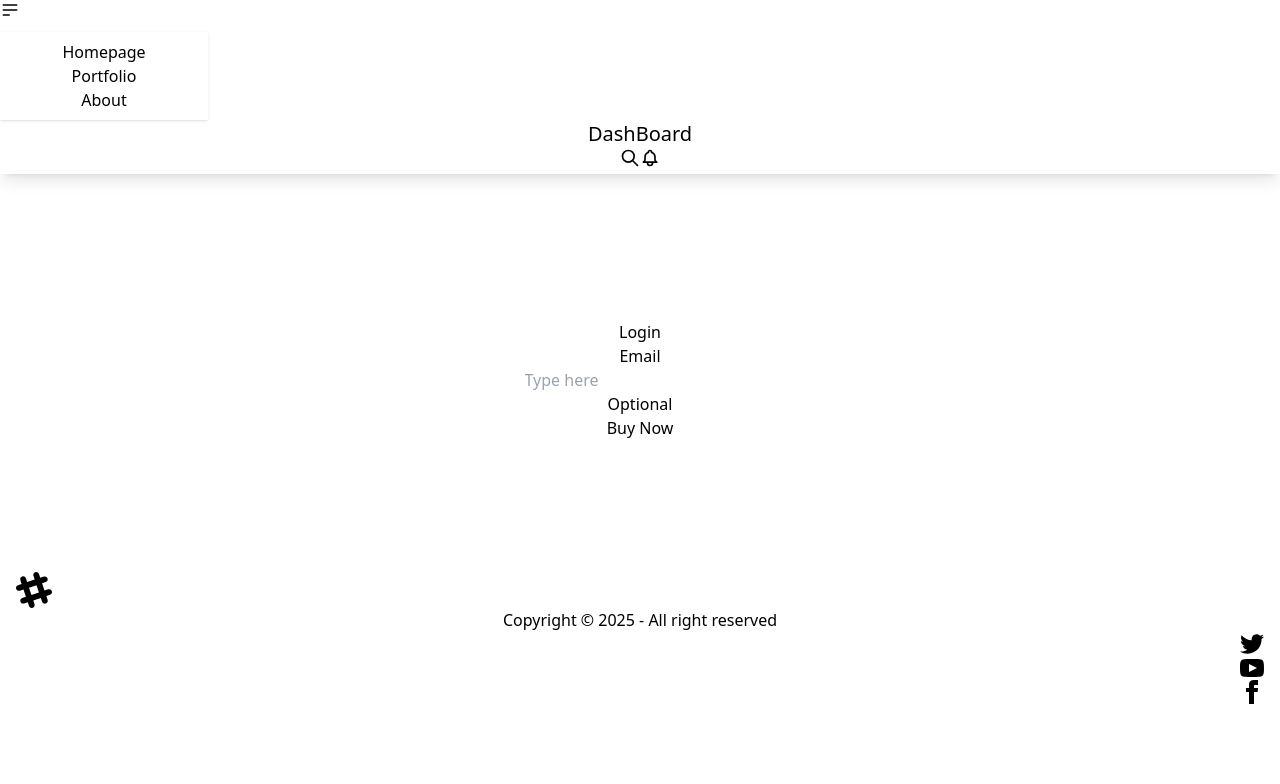
Repository: ROHIT8804/devTinderFrontEnd
Page: /login (app in devTinder-Web/)
An editor plug-in stored every save of this project. The page is shown before and after the next save, followed by the edit.
The browser window is 1280 px wide. The pictures show the whole page.
The project was rebuilt for these pictures with package versions that can differ from the ones it lists, and the page was loaded fresh each time. Also part of the build but not shown: devTinder-Web/vite.config.js, devTinder-Web/src/Profile.jsx.

Above is the page before, as saved 2025-07-26 16:53:05.

### devTinder-Web/src/App.jsx
import { useState } from "react";
import "./App.css";
import { Routes } from "react-router-dom";
import { BrowserRouter, Route } from "react-router-dom";
import Body from "./Body";
import Login from "./Login";
import Profile from "./Profile";

function App() {
  const [count, setCount] = useState(0);

  return (
    <>
      <BrowserRouter>
        <Routes>
          <Route path="/" element={<Body />} >
            <Route path="/login" element={<Login />} />
            <Route path="/profile" element={<Profile />} />
          </Route>
        </Routes>
      </BrowserRouter>
    </>
  );
}

export default App;

### devTinder-Web/src/Body.jsx
import { Outlet } from "react-router-dom";
import Nav from "./Nav";
import Footer from "./Footer";

function Body() {
  return (
    <div className="relative min-h-screen ">
      {/* Fixed Navbar */}
      <div className="fixed top-0 left-0 w-full z-50">
        <Nav />
      </div>
      {/* Main Content */}
      <div className="flex flex-col items-center justify-center pt-[3.5rem] pb-[5rem] min-h-screen">
        <Outlet />
      </div>
      {/* Fixed Footer */}
      <div className="fixed bottom-0 left-0 w-full z-50">
        <Footer />
      </div>
    </div>
  );
}

export default Body;

### devTinder-Web/src/Login.jsx
function Login() {
  return (
    <div className="card card-border bg-base-100 w-96">
      <div className="card-body">
        <h2 className="card-title">Login</h2>
          <fieldset className="fieldset">
            <legend className="fieldset-legend">Email</legend>
            <input type="text" className="input" placeholder="Type here" />
            <p className="label">Optional</p>
          </fieldset>
        <div className="card-actions justify-end">
          <button className="btn btn-primary">Buy Now</button>
        </div>
      </div>
    </div>
  );
}

export default Login;

### devTinder-Web/src/Nav.jsx


function Nav() {
   return (
    <>
    {/* Navigation Bar */}
      <div className="navbar bg-base-100 shadow-lg">
        <div className="navbar-start">
          <div className="dropdown">
            <div
              tabIndex={0}
              role="button"
              className="btn btn-ghost btn-circle"
            >
              <svg
                xmlns="http://www.w3.org/2000/svg"
                className="h-5 w-5"
                fill="none"
                viewBox="0 0 24 24"
                stroke="currentColor"
              >
                <path
                  strokeLinecap="round"
                  strokeLinejoin="round"
                  strokeWidth="2"
                  d="M4 6h16M4 12h16M4 18h7"
                />
              </svg>
            </div>
            <ul
              tabIndex={0}
              className="menu menu-sm dropdown-content bg-base-100 rounded-box z-[1] mt-3 w-52 p-2 shadow"
            >
              <li>
                <a>Homepage</a>
              </li>
              <li>
                <a>Portfolio</a>
              </li>
              <li>
                <a>About</a>
              </li>
            </ul>
          </div>
        </div>

        <div className="navbar-center">
          <a className="btn btn-ghost text-xl">DashBoard</a>
        </div>

        <div className="navbar-end">
          <button className="btn btn-ghost btn-circle">
            <svg
              xmlns="http://www.w3.org/2000/svg"
              className="h-5 w-5"
              fill="none"
              viewBox="0 0 24 24"
              stroke="currentColor"
            >
              <path
                strokeLinecap="round"
                strokeLinejoin="round"
                strokeWidth="2"
                d="M21 21l-6-6m2-5a7 7 0 11-14 0 7 7 0 0114 0z"
              />
            </svg>
          </button>

          <button className="btn btn-ghost btn-circle">
            <div className="indicator">
              <svg
                xmlns="http://www.w3.org/2000/svg"
                className="h-5 w-5"
                fill="none"
                viewBox="0 0 24 24"
                stroke="currentColor"
              >
                <path
                  strokeLinecap="round"
                  strokeLinejoin="round"
                  strokeWidth="2"
                  d="M15 17h5l-1.405-1.405A2.032 2.032 0 0118 14.158V11a6.002 6.002 0 00-4-5.659V5a2 2 0 10-4 0v.341C7.67 6.165 6 8.388 6 11v3.159c0 .538-.214 1.055-.595 1.436L4 17h5m6 0v1a3 3 0 11-6 0v-1m6 0H9"
                />
              </svg>
              <span className="badge badge-xs badge-primary indicator-item"></span>
            </div>
          </button>
        </div>
      </div>
    </>

   );
 }

 export default Nav;

### devTinder-Web/src/Footer.jsx
function Footer() {
  return (
    <div>
        {/* Footer */}
      <footer className="footer sm:footer-horizontal bg-neutral text-neutral-content items-center p-4">
        <aside className="grid-flow-col items-center">
          <svg
            width="36"
            height="36"
            viewBox="0 0 24 24"
            xmlns="http://www.w3.org/2000/svg"
            fillRule="evenodd"
            clipRule="evenodd"
            className="fill-current">
            <path
              d="M22.672 15.226l-2.432.811.841 2.515c.33 1.019-.209 2.127-1.23 2.456-1.15.325-2.148-.321-2.463-1.226l-.84-2.518-5.013 1.677.84 2.517c.391 1.203-.434 2.542-1.831 2.542-.88 0-1.601-.564-1.86-1.314l-.842-2.516-2.431.809c-1.135.328-2.145-.317-2.463-1.229-.329-1.018.211-2.127 1.231-2.456l2.432-.809-1.621-4.823-2.432.808c-1.355.384-2.558-.59-2.558-1.839 0-.817.509-1.582 1.327-1.846l2.433-.809-.842-2.515c-.33-1.02.211-2.129 1.232-2.458 1.02-.329 2.13.209 2.461 1.229l.842 2.515 5.011-1.677-.839-2.517c-.403-1.238.484-2.553 1.843-2.553.819 0 1.585.509 1.85 1.326l.841 2.517 2.431-.81c1.02-.33 2.131.211 2.461 1.229.332 1.018-.21 2.126-1.23 2.456l-2.433.809 1.622 4.823 2.433-.809c1.242-.401 2.557.484 2.557 1.838 0 .819-.51 1.583-1.328 1.847m-8.992-6.428l-5.01 1.675 1.619 4.828 5.011-1.674-1.62-4.829z"></path>
          </svg>
          <p>Copyright © {new Date().getFullYear()} - All right reserved</p>
        </aside>
        <nav className="grid-flow-col gap-4 md:place-self-center md:justify-self-end">
          <a>
            <svg
              xmlns="http://www.w3.org/2000/svg"
              width="24"
              height="24"
              viewBox="0 0 24 24"
              className="fill-current">
              <path
                d="M24 4.557c-.883.392-1.832.656-2.828.775 1.017-.609 1.798-1.574 2.165-2.724-.951.564-2.005.974-3.127 1.195-.897-.957-2.178-1.555-3.594-1.555-3.179 0-5.515 2.966-4.797 6.045-4.091-.205-7.719-2.165-10.148-5.144-1.29 2.213-.669 5.108 1.523 6.574-.806-.026-1.566-.247-2.229-.616-.054 2.281 1.581 4.415 3.949 4.89-.693.188-1.452.232-2.224.084.626 1.956 2.444 3.379 4.6 3.419-2.07 1.623-4.678 2.348-7.29 2.04 2.179 1.397 4.768 2.212 7.548 2.212 9.142 0 14.307-7.721 13.995-14.646.962-.695 1.797-1.562 2.457-2.549z"></path>
            </svg>
          </a>
          <a>
            <svg
              xmlns="http://www.w3.org/2000/svg"
              width="24"
              height="24"
              viewBox="0 0 24 24"
              className="fill-current">
              <path
                d="M19.615 3.184c-3.604-.246-11.631-.245-15.23 0-3.897.266-4.356 2.62-4.385 8.816.029 6.185.484 8.549 4.385 8.816 3.6.245 11.626.246 15.23 0 3.897-.266 4.356-2.62 4.385-8.816-.029-6.185-.484-8.549-4.385-8.816zm-10.615 12.816v-8l8 3.993-8 4.007z"></path>
            </svg>
          </a>
          <a>
            <svg
              xmlns="http://www.w3.org/2000/svg"
              width="24"
              height="24"
              viewBox="0 0 24 24"
              className="fill-current">
              <path
                d="M9 8h-3v4h3v12h5v-12h3.642l.358-4h-4v-1.667c0-.955.192-1.333 1.115-1.333h2.885v-5h-3.808c-3.596 0-5.192 1.583-5.192 4.615v3.385z"></path>
            </svg>
          </a>
        </nav>
      </footer>
    </div>
  )
}

export default Footer;

### devTinder-Web/tailwind.config.js
/** @type {import('tailwindcss').Config} */
export default {
  content: [
    "./index.html",
    "./src/**/*.{js,ts,jsx,tsx}",
  ],
  theme: {
    extend: {},
  },
  plugins: [require("daisyui")],
  daisyui: {
    themes: ["light", "dark", "cupcake"],
    darkTheme: "light", // Set this to "light" for light theme default
    base: true,
    styled: true,
    utils: true,
  },
}

Loaded but not shown: devTinder-Web/index.html (common file); devTinder-Web/src/main.jsx (common file); devTinder-Web/src/index.css (common file); devTinder-Web/src/App.css (common file)

After the next save:
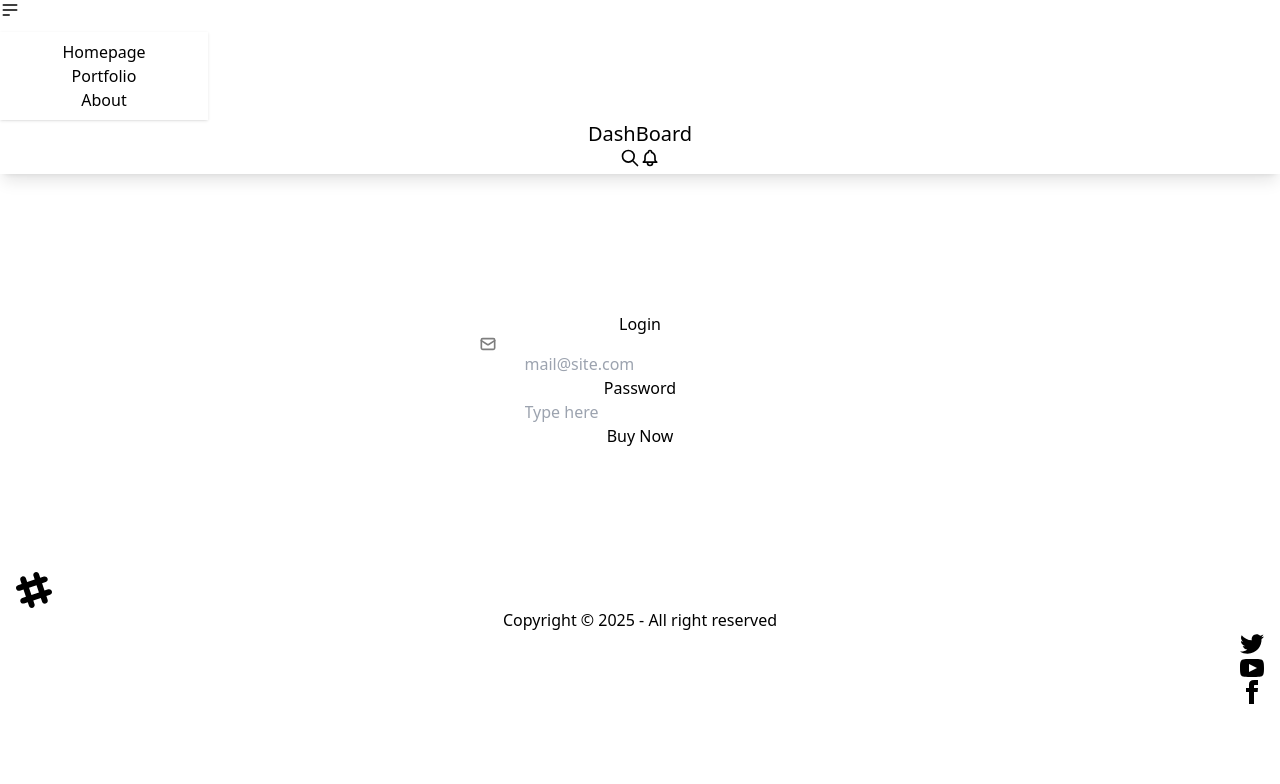
Saved 110 s later.
--- a/devTinder-Web/src/Login.jsx
+++ b/devTinder-Web/src/Login.jsx
@@ -3,11 +3,32 @@ function Login() {
     <div className="card card-border bg-base-100 w-96">
       <div className="card-body">
         <h2 className="card-title">Login</h2>
-          <fieldset className="fieldset">
-            <legend className="fieldset-legend">Email</legend>
-            <input type="text" className="input" placeholder="Type here" />
-            <p className="label">Optional</p>
-          </fieldset>
+        <div>
+          <label className="input validator">
+            <svg
+              className="h-[1em] opacity-50"
+              xmlns="http://www.w3.org/2000/svg"
+              viewBox="0 0 24 24"
+            >
+              <g
+                strokeLinejoin="round"
+                strokeLinecap="round"
+                strokeWidth="2.5"
+                fill="none"
+                stroke="currentColor"
+              >
+                <rect width="20" height="16" x="2" y="4" rx="2"></rect>
+                <path d="m22 7-8.97 5.7a1.94 1.94 0 0 1-2.06 0L2 7"></path>
+              </g>
+            </svg>
+            <input type="email" placeholder="mail@site.com" required />
+          </label>
+          <div className="validator-hint hidden">Enter valid email address</div>
+        </div>
+        <fieldset className="fieldset">
+          <legend className="fieldset-legend">Password</legend>
+          <input type="text" className="input" placeholder="Type here" />
+        </fieldset>
         <div className="card-actions justify-end">
           <button className="btn btn-primary">Buy Now</button>
         </div>
